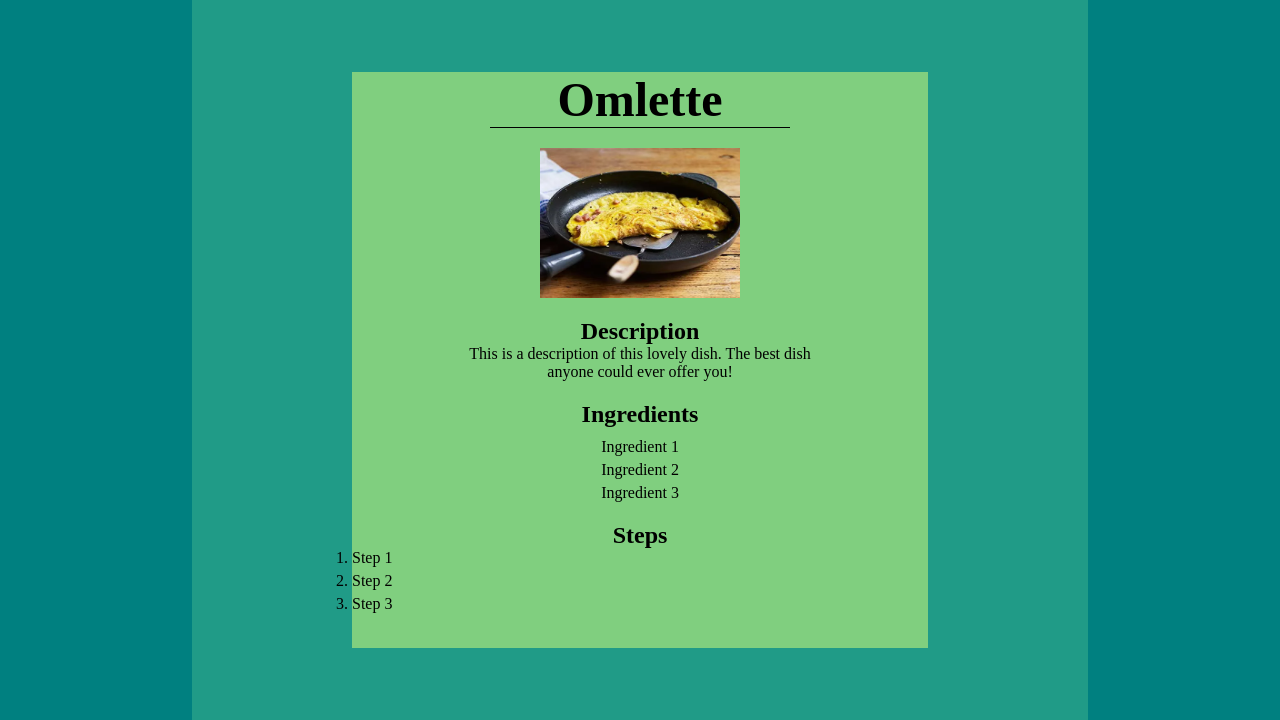
Repository: Pafestivo/odin-recipes
Page: recipes/omlette.html
An editor plug-in stored every save of this project. The page is shown before and after the next save, followed by the edit.
The browser window is 1280 px wide. The pictures show the whole page.

Above is the page before, as saved 2022-09-24 12:59:02.

### recipes/omlette.html
<!DOCTYPE html>
<html lang="en">
<head>
    <meta charset="UTF-8">
    <meta name="viewport" content="width=device-width, initial-scale=1.0">
    <link rel="stylesheet" href="../css/recipe-styles.css">
    <title>Recipe-Omlette</title>
</head>
<body>
    <div class="container">
        <div class="inner">
            <h1>Omlette</h1>
            <img
            src="../images/omlette.jpg"
            alt="An image of Omlette"
            />
            <h2>Description</h2>
            <p>This is a description of this lovely dish. The best dish anyone could ever offer you!</p>

            <h2>Ingredients</h2>
            <ul>
            <li>Ingredient 1</li>
            <li>Ingredient 2</li>
            <li>Ingredient 3</li>
            </ul>

            <h2>Steps</h2>
            <ol>
            <li>Step 1</li>
            <li>Step 2</li>
            <li>Step 3</li>
            </ol>
        </div> <!-- /inner -->
    </div> <!-- /container -->

</body>
</html>

### css/recipe-styles.css
* {
  box-sizing: border-box;
  padding: 0;
  margin: 0;
}

body {
  font-family: serif;
  background-color: #008080;
  padding: 1;
}

.container {
  background-color: #209B87;
  display: flex;
  width: 70vw;
  height: 100vh;
  padding: 1px;
  margin: 0 auto;
}

.inner {
  background-color: #80CF7F;
  width: 45vw;
  height: 80vh;
  margin: auto;
}

h1 {
  text-align: center;
  font-size: 3rem;
  margin: 0 auto 20px auto;
  border-bottom: 1px solid black;
  width: 300px;
}

img {
  display: block;
  margin: 0 auto;
  width: 200px;
  height: 150px;
}

h2 {
  text-align: center;
  font-size: 1.5rem;
  margin: 20px auto 0 auto;
}

p {
  text-align: center;
  width: 350px;
  margin: 0 auto;
}

ul {
  list-style: none;
  text-align: center;
  margin: 10px;
}

li {
  margin-bottom: 5px;
}

After the next save:
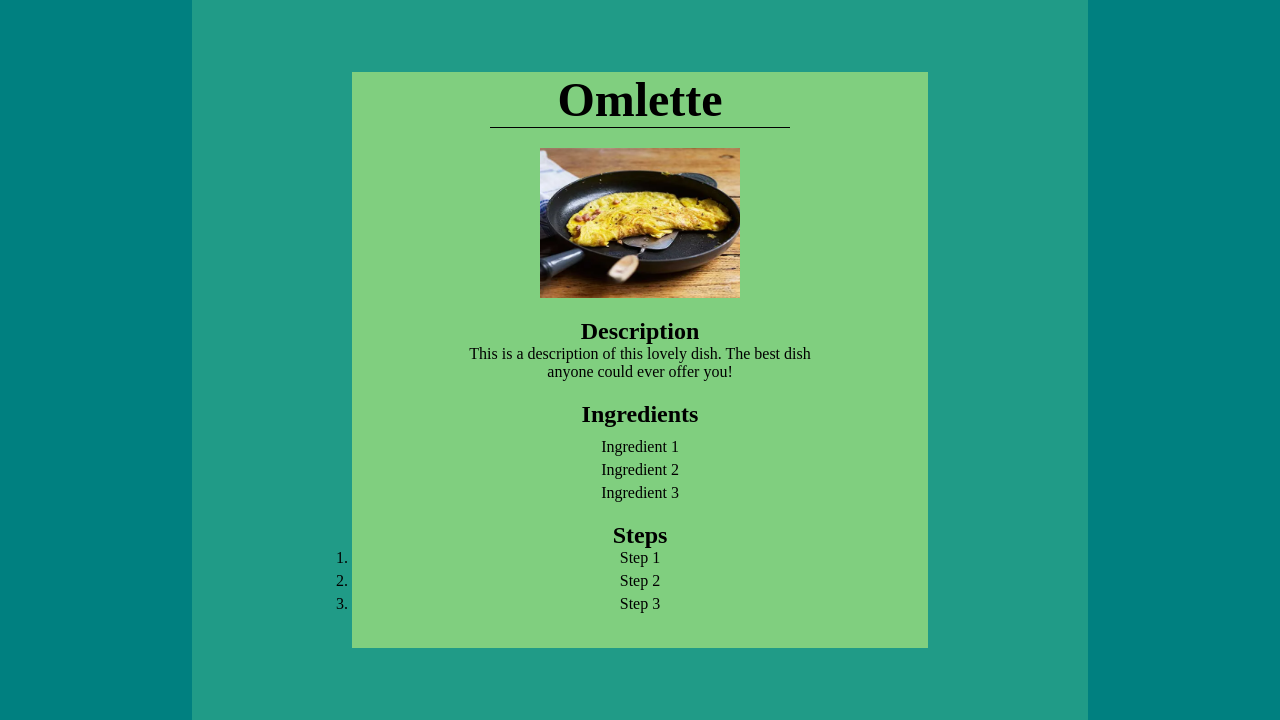
Saved 17 s later.
--- a/css/recipe-styles.css
+++ b/css/recipe-styles.css
@@ -62,3 +62,7 @@ ul {
 li {
   margin-bottom: 5px;
 }
+
+ol {
+  text-align: center;
+}
